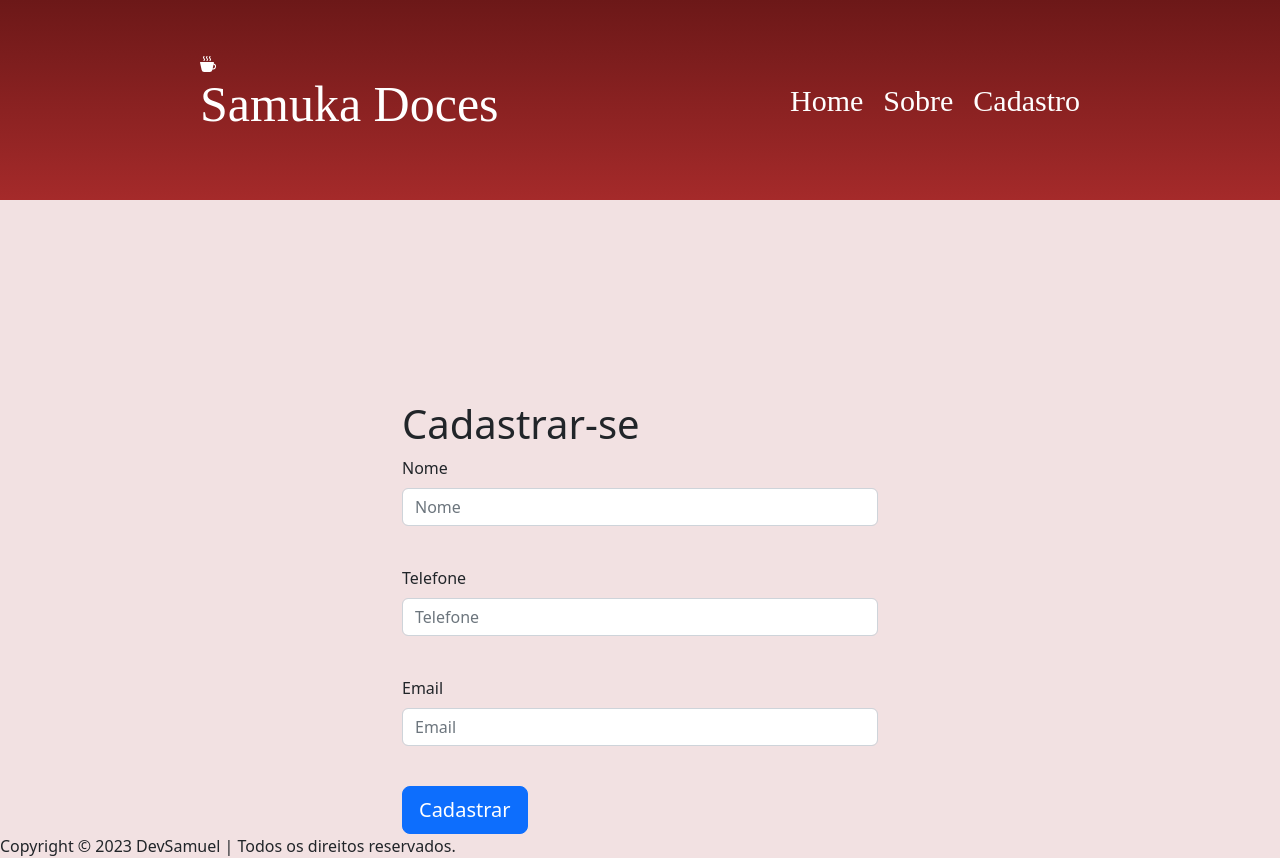
Repository: devsamuel23/github.io-doces_GIT
Page: /Cadastro
The author's editor kept a copy of each file at every save. The page is drawn from the files as they stood at one save, then again after the next save.
The browser window is 1280 px wide. The pictures show the whole page.
The project was rebuilt for these pictures with package versions that can differ from the ones it lists, and the page was loaded fresh each time. Also part of the build but not shown: src/index.css, src/services/api.js, src/pages/Home/styles.css, src/pages/Home/index.js, src/pages/Sobre/index.js, src/pages/Erro/style.css, src/pages/Erro/index.js, src/pages/Produto/index.js and 3 more.

Above is the page before, as saved 2023-04-14 20:55:35.

After the next save:
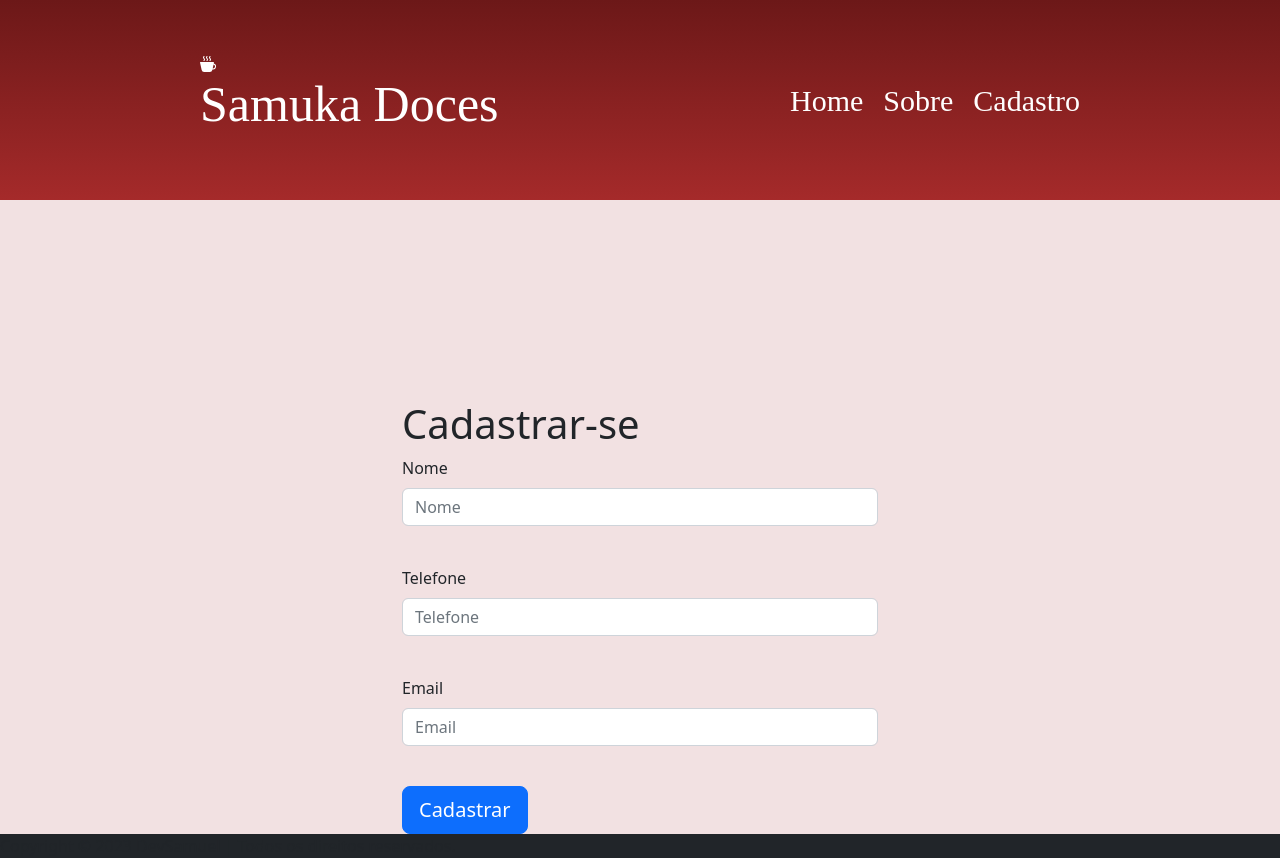
Saved 11 s later.
--- a/src/components/Footer/index.js
+++ b/src/components/Footer/index.js
@@ -3,7 +3,7 @@ import "bootstrap/dist/css/bootstrap.min.css";
 
 function Footer() {
   return (
-    <div className="">
+    <div className="bg-dark">
         Copyright © 2023 DevSamuel | Todos os direitos reservados.
     </div>
   )
